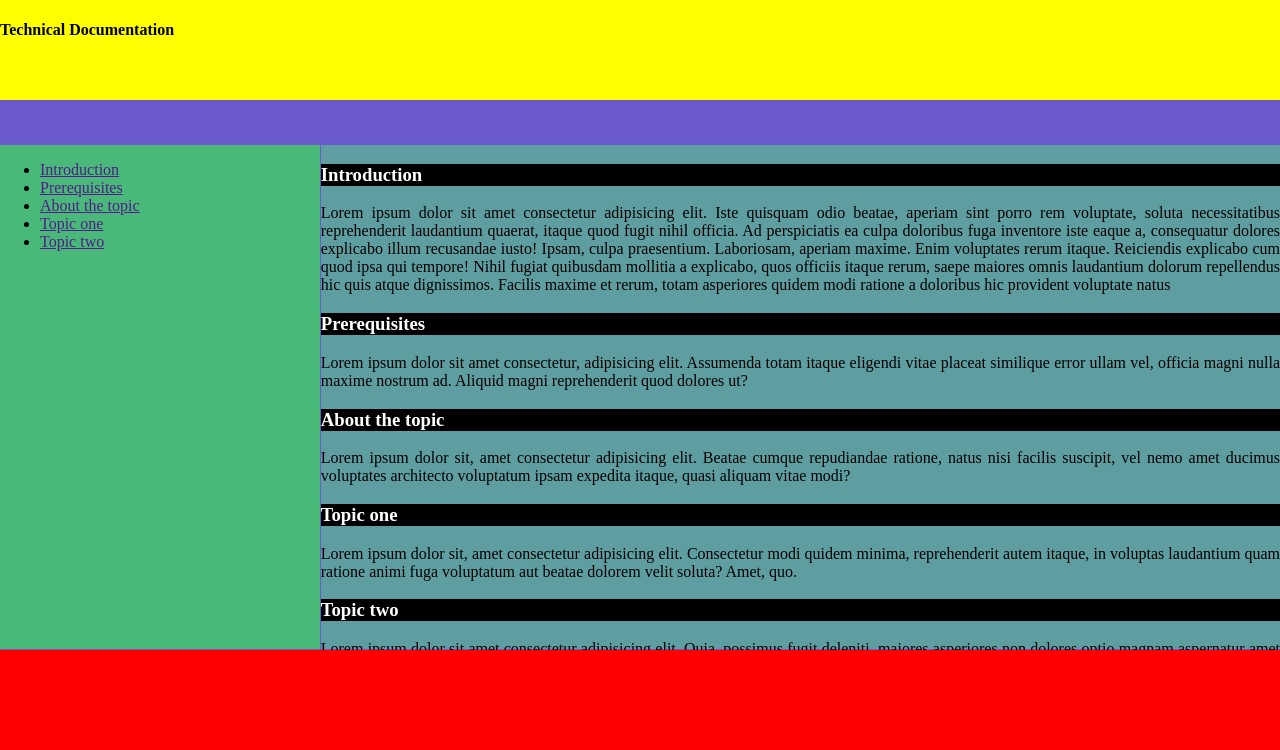
Repository: JoaoLemesDEV/Excercise-Tech-Documentation-Page
Page: index.html
An editor plug-in stored every save of this project. The page is shown before and after a run of saves, followed by the edit.
The browser window is 1280 px wide. The pictures show the whole page.

Above is the page before, as saved 2021-10-03 21:55:14.

### index.html
<!DOCTYPE html>
<html lang="en">
  <head>
    <meta charset="UTF-8" />
    <meta http-equiv="X-UA-Compatible" content="IE=edge" />
    <meta name="viewport" content="width=device-width, initial-scale=1.0" />
    <title>Technical Documentaion</title>
    <link rel="stylesheet" href="index.css" />
  </head>
  <body>
    <div class="wrapper">
      <header><h4>Technical Documentation</h4></header>
      <aside>
        <nav>
          <ul>
            <li><a href="">Introduction</a></li>
            <li><a href="">Prerequisites</a></li>
            <li><a href="">About the topic</a></li>
            <li><a href="">Topic one</a></li>
            <li><a href="">Topic two</a></li>
          </ul>
        </nav>
      </aside>
      <main>
        <section id="introduction">
          <h3 style="background: black; color: white">Introduction</h3>
          <p>
            Lorem ipsum dolor sit amet consectetur adipisicing elit. Iste
            quisquam odio beatae, aperiam sint porro rem voluptate, soluta
            necessitatibus reprehenderit laudantium quaerat, itaque quod fugit
            nihil officia. Ad perspiciatis ea culpa doloribus fuga inventore
            iste eaque a, consequatur dolores explicabo illum recusandae iusto!
            Ipsam, culpa praesentium. Laboriosam, aperiam maxime. Enim
            voluptates rerum itaque. Reiciendis explicabo cum quod ipsa qui
            tempore! Nihil fugiat quibusdam mollitia a explicabo, quos officiis
            itaque rerum, saepe maiores omnis laudantium dolorum repellendus hic
            quis atque dignissimos. Facilis maxime et rerum, totam asperiores
            quidem modi ratione a doloribus hic provident voluptate natus
          </p>
        </section>
        <section id="Prerequisites">
          <h3 style="background: black; color: white">Prerequisites</h3>
          <p>
            Lorem ipsum dolor sit amet consectetur, adipisicing elit. Assumenda
            totam itaque eligendi vitae placeat similique error ullam vel,
            officia magni nulla maxime nostrum ad. Aliquid magni reprehenderit
            quod dolores ut?
          </p>
        </section>
        <section id="about the topic">
          <h3 style="background: black; color: white">About the topic</h3>
          <p>
            Lorem ipsum dolor sit, amet consectetur adipisicing elit. Beatae
            cumque repudiandae ratione, natus nisi facilis suscipit, vel nemo
            amet ducimus voluptates architecto voluptatum ipsam expedita itaque,
            quasi aliquam vitae modi?
          </p>
        </section>
        <section id="topic one">
          <h3 style="background: black; color: white">Topic one</h3>
          <p>
            Lorem ipsum dolor sit, amet consectetur adipisicing elit.
            Consectetur modi quidem minima, reprehenderit autem itaque, in
            voluptas laudantium quam ratione animi fuga voluptatum aut beatae
            dolorem velit soluta? Amet, quo.
          </p>
        </section>
        <section id="topic two">
          <h3 style="background: black; color: white">Topic two</h3>
          <p>
            Lorem ipsum dolor sit amet consectetur adipisicing elit. Quia,
            possimus fugit deleniti, maiores asperiores non dolores optio magnam
            aspernatur amet dolore ipsum in quaerat assumenda neque totam sunt
            odit dolorum.
          </p>
        </section>
      </main>
      <footer></footer>
    </div>
  </body>
</html>

### index.css
html body {
  margin: 0;
  padding: 0;
  box-sizing: border-box;
  background-color: slateblue;
}
.wrapper {
  display: grid;
  grid-template-columns: 1fr 3fr;
  grid-template-rows: 20vh 70vh 10vh;
  grid-gap: 1px 1px;
}

header {
  background-color: yellow;
  height: 100px;
  grid-column-start: 1;
  grid-column-end: 3;
}

aside {
  background-color: rgb(73, 185, 122);
  grid-column-start: 1;
  grid-column-end: 2;
}

main {
  background-color: cadetblue;
  text-align: justify;
  grid-column-start: 2;
  grid-column-end: 3;
}

footer {
  background-color: red;
  height: 100px;
  grid-column-start: 1;
  grid-column-end: 3;
}

After the next 3 saves:
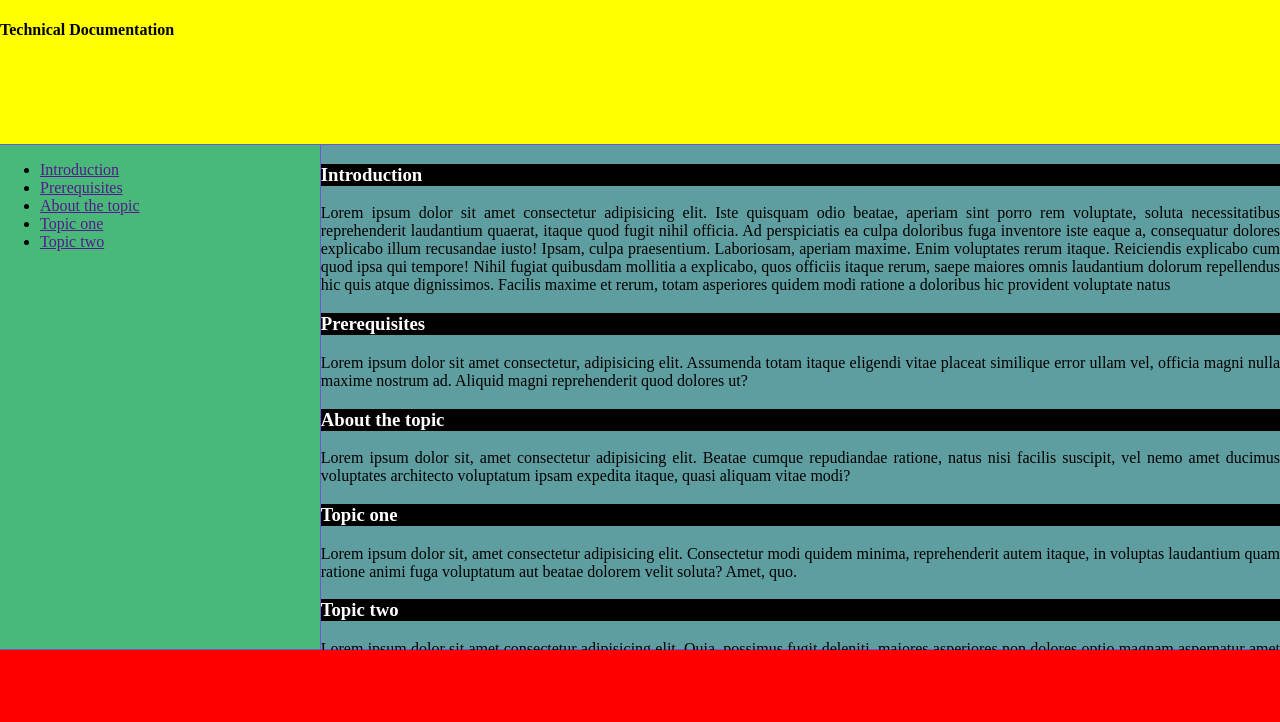
The 3 saves are shown as one change because they came seconds apart.
The last was saved 3 min 25 s later.
--- a/index.css
+++ b/index.css
@@ -13,7 +13,6 @@ html body {
 
 header {
   background-color: yellow;
-  height: 100px;
   grid-column-start: 1;
   grid-column-end: 3;
 }
@@ -33,7 +32,6 @@ main {
 
 footer {
   background-color: red;
-  height: 100px;
   grid-column-start: 1;
   grid-column-end: 3;
 }
